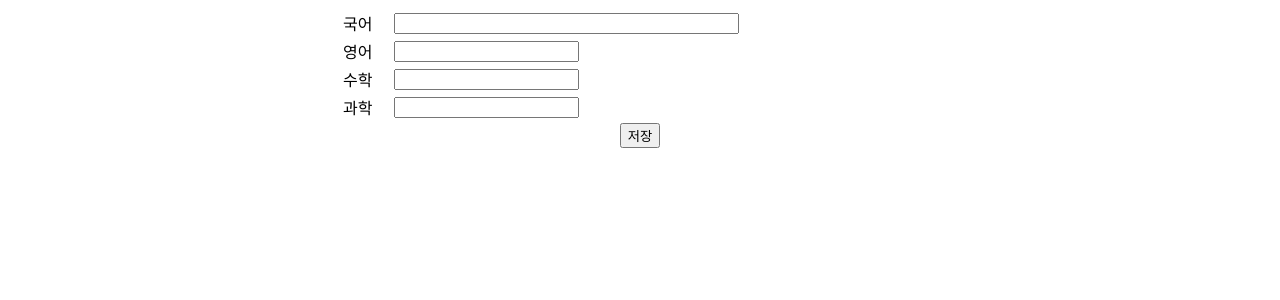
Repository: Billy-Jin/jsp
Page: http://localhost/sungview/input.jsp
The author's editor kept a copy of each file at every save. The page is drawn from the files as they stood at one save, then again after the next save.
The browser window is 1280 px wide. The pictures show the whole page.
The page is served by Tomcat 9.

Above is the page before, as saved 2020-12-07 08:07:40.

After the next save:
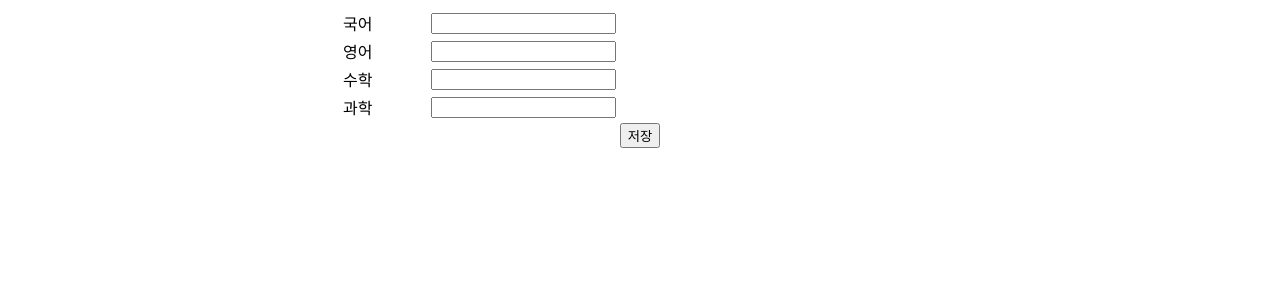
Saved 34 s later.
--- a/jsp/sungview/WebContent/input.jsp
+++ b/jsp/sungview/WebContent/input.jsp
@@ -11,7 +11,7 @@
 		<table width="600" align="center">
 		<tr>
 			<td>국어</td>
-			<td><input type="text" name="kor" size="40"> </td>
+			<td><input type="text" name="kor"> </td>
 		</tr>
 		<tr>
 			<td>영어</td>
